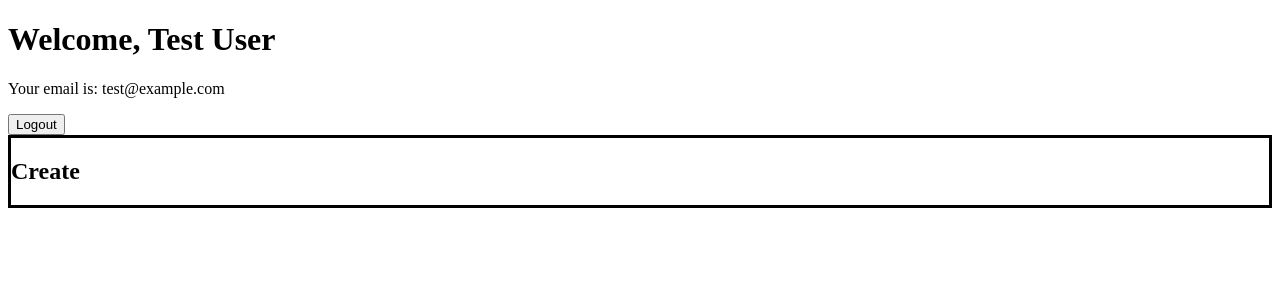
Repository: Adel-Shurrab/CRUD-System
Page: http://localhost/
An editor plug-in stored every save of this project. The page is shown before and after the next save, followed by the edit.
The browser window is 1280 px wide. The pictures show the whole page.
The page is served by the project's Laravel application, run on PHP 8.4 with Laravel 12. A made-up administrator, Test User (test@example.com), is signed in. Other server files are loaded and not shown.

Above is the page before, as saved 2025-05-14 14:32:28.

### routes/web.php
<?php

use Illuminate\Support\Facades\Route;
use App\Http\Controllers\UserController;

Route::middleware('auth')->group(function () {
    Route::view('/', 'home')->name('home');
});

Route::middleware('guest')->group(function () {
    Route::get('/register', [UserController::class, 'showRegistrationForm'])->name('register');
    Route::post('/register', [UserController::class, 'register'])->name('register.post');
    Route::get('/login', [UserController::class, 'showLoginForm'])->name('login');
    Route::post('/login', [UserController::class, 'login'])->name('login.post');
});

Route::post('/logout', [UserController::class, 'logout'])->name('logout');

### resources/views/home.blade.php
<!DOCTYPE html>
<html lang="en">

<head>
    <meta charset="UTF-8">
    <meta name="viewport" content="width=device-width, initial-scale=1.0">
    <meta http-equiv="X-UA-Compatible" content="ie=edge">
    <title>Home</title>
</head>

<body>
    <h1>Welcome, {{ Auth::user()->name }}</h1>
    <p>Your email is: {{ Auth::user()->email }}</p>
    <form action="{{ route('logout') }}" method="POST" style="display: inline;">
        @csrf
        <button type="submit" class="btn btn-link">Logout</button>
    </form>

    <div style="border: 3px solid black;">
        <h2>Create </h2>
    </div>

</body>

</html>

Loaded but not shown: app/Models/User.php (common file)

After the next save:
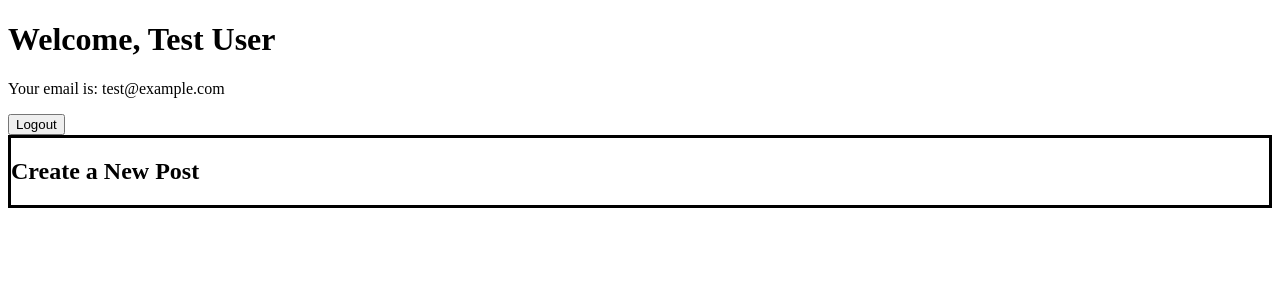
Saved 4 s later.
--- a/resources/views/home.blade.php
+++ b/resources/views/home.blade.php
@@ -17,7 +17,7 @@
     </form>
 
     <div style="border: 3px solid black;">
-        <h2>Create </h2>
+        <h2>Create a New Post</h2>
     </div>
 
 </body>
